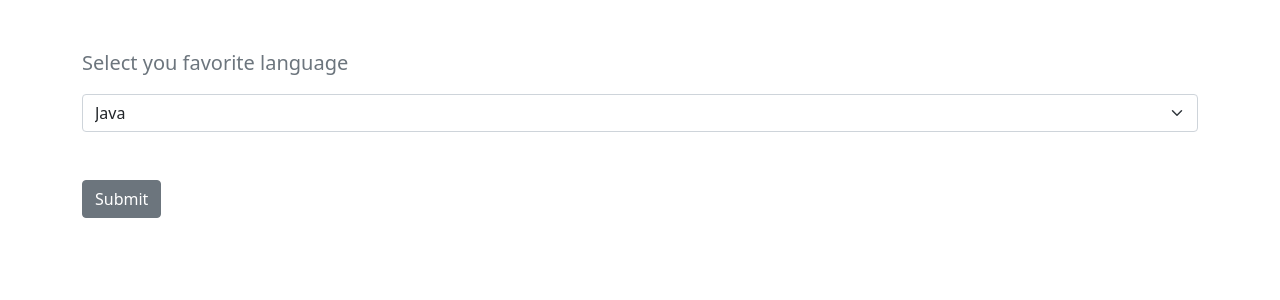
Repository: valletivarish/monojsp
Page: http://localhost/04-jsp-cookie-demo/cookie-form.jsp
The author's editor kept a copy of each file at every save. The page is drawn from the files as they stood at one save, then again after the next save.
The browser window is 1280 px wide. The pictures show the whole page.
The page is served by Tomcat 9.

Above is the page before, as saved 2024-07-15 07:19:24.

### 04-jsp-cookie-demo/WebContent/cookie-form.jsp
<%@ page language="java" contentType="text/html; charset=ISO-8859-1"
	pageEncoding="ISO-8859-1"%>
<!DOCTYPE html>
<html>
<head>
<meta charset="ISO-8859-1">
<title>Insert title here</title>
<link
	href="https://cdn.jsdelivr.net/npm/bootstrap@5.0.2/dist/css/bootstrap.min.css"
	rel="stylesheet"
	integrity="sha384-EVSTQN3/azprG1Anm3QDgpJLIm9Nao0Yz1ztcQTwFspd3yD65VohhpuuCOmLASjC"
	crossorigin="anonymous">
</head>
<body>
	<div class="container my-5">
		<p class="lead text-secondary">Select you favorite language</p>
		<form action="cookie-response.jsp">
			<select class="form-select" name="favLangauge">
				<option value="Java">Java</option>
				<option value="C++">C++</option>
				<option value="Python">Python</option>
			</select> <input type="submit" class="btn btn-secondary my-5">
		</form>

	</div>
</body>
</html>

After the next save:
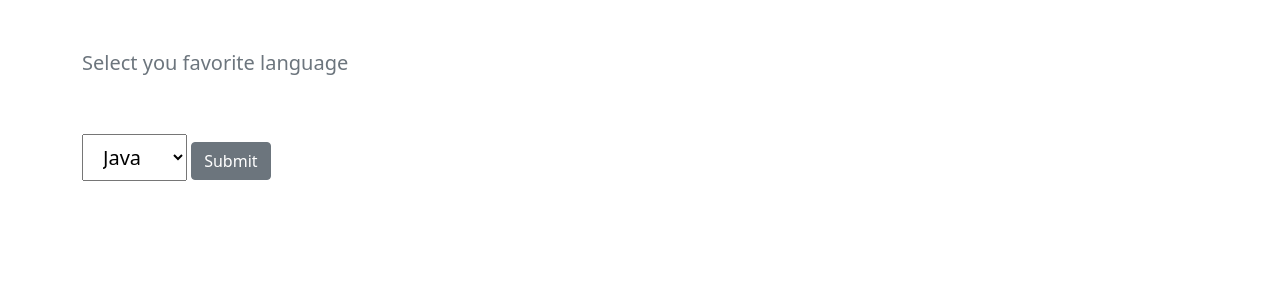
Saved 44 s later.
--- a/04-jsp-cookie-demo/WebContent/cookie-form.jsp
+++ b/04-jsp-cookie-demo/WebContent/cookie-form.jsp
@@ -15,7 +15,7 @@
 	<div class="container my-5">
 		<p class="lead text-secondary">Select you favorite language</p>
 		<form action="cookie-response.jsp">
-			<select class="form-select" name="favLangauge">
+			<select class="form-select-lg" name="favLangauge">
 				<option value="Java">Java</option>
 				<option value="C++">C++</option>
 				<option value="Python">Python</option>

After the save that followed:
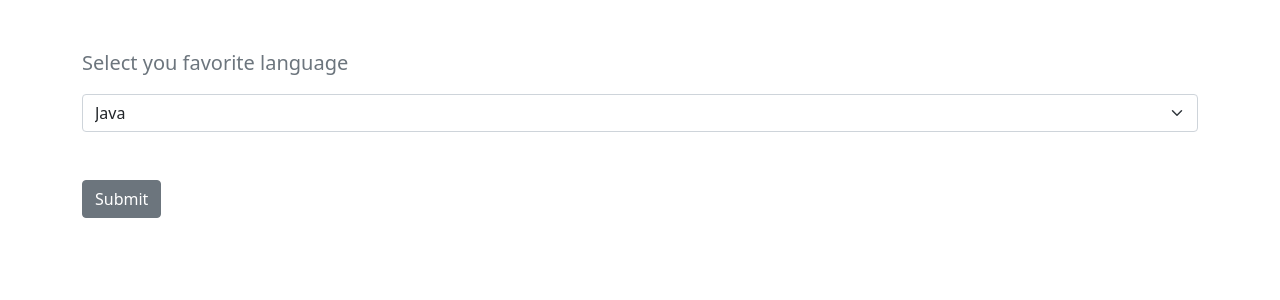
Saved 9 s later.
--- a/04-jsp-cookie-demo/WebContent/cookie-form.jsp
+++ b/04-jsp-cookie-demo/WebContent/cookie-form.jsp
@@ -15,7 +15,7 @@
 	<div class="container my-5">
 		<p class="lead text-secondary">Select you favorite language</p>
 		<form action="cookie-response.jsp">
-			<select class="form-select-lg" name="favLangauge">
+			<select class="form-select" name="favLangauge">
 				<option value="Java">Java</option>
 				<option value="C++">C++</option>
 				<option value="Python">Python</option>
